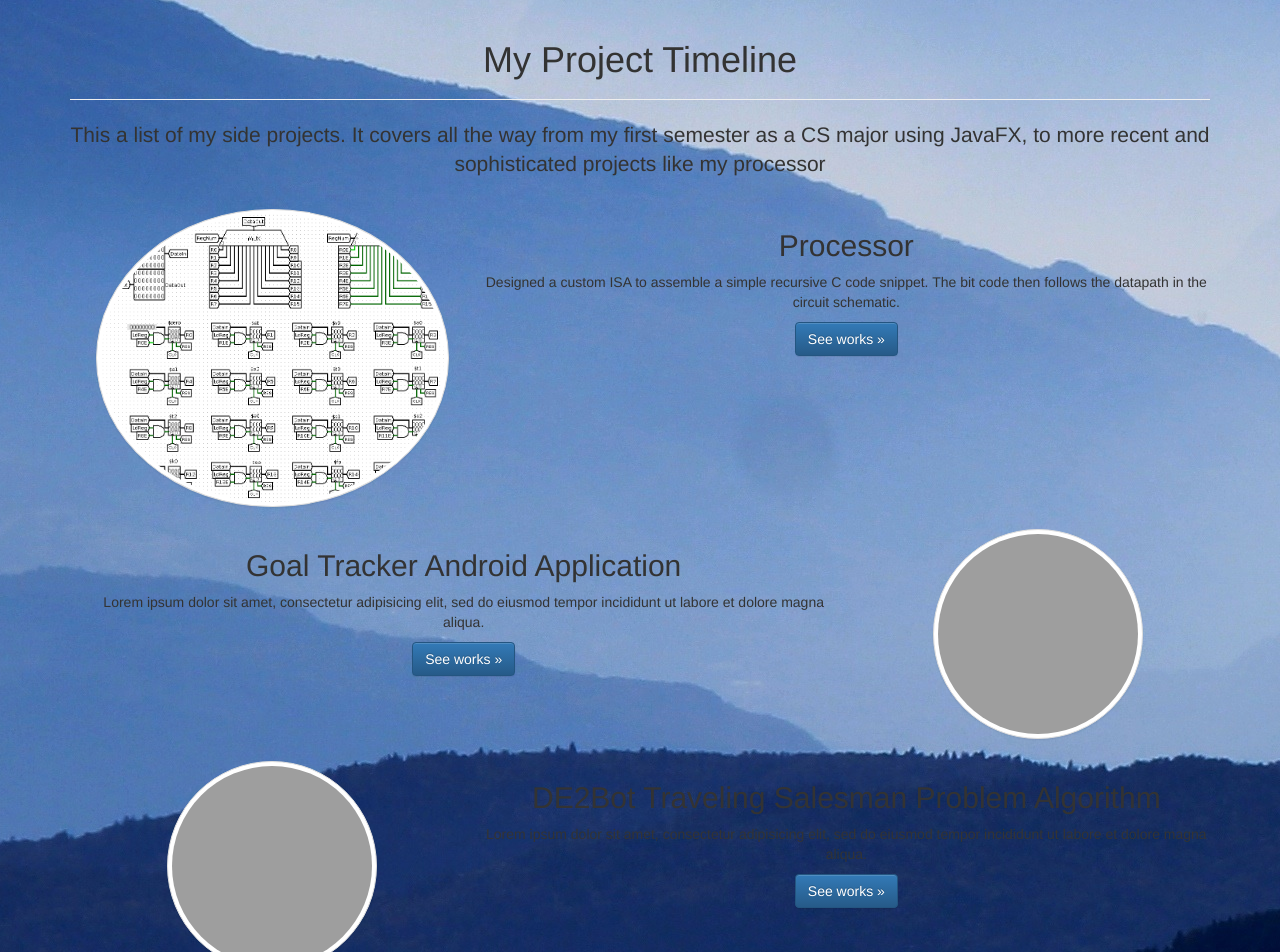
Repository: austinHerring/PersonalWebsite
Page: PersonalWebsite/WebContent/projects.html
An editor plug-in stored every save of this project. The page is shown before and after the next save, followed by the edit.
The browser window is 1280 px wide. The pictures show the part of the page from y = 0 to 952 px (the page is 1446 px tall).
Pictures or frames that could not be fetched are drawn as grey boxes.

Above is the page before, as saved 2016-06-12 22:43:55.

### PersonalWebsite/WebContent/projects.html
<html>
<head>
	<meta charset="utf-8"/>
	<title>Projects - Austin</title>
	<link rel="stylesheet" href="css/bootstrap.min.css">
	<link rel="stylesheet" href="css/bootstrap-theme.min.css">
	<link rel="stylesheet" href="css/projects.css">
		<link rel="stylesheet" href="css/background.css">
</head>
<!-- /container -->
<div class="container" id="page-wrap">
  <div class="page-header">
    <h1 class="text-center">My Project Timeline</h1>
  </div>
  <p class="lead text-center">This a list of my side projects. It covers all the way from my first semester as a CS major using JavaFX, to more recent and sophisticated projects like my processor</p>
  <div class="container">
    <div class="row stylish-panel">
      <div class="col-md-4">
        <div>
          <img src="images/processor.png" alt="Register File" class="img-circle img-thumbnail">
        </div>
      </div>
      <div class="col-md-8">
        <div>
          <h2>Processor</h2>
          <p>Designed a custom ISA to assemble a simple recursive C code snippet. The bit code then follows the datapath in the circuit schematic.
          </p>
          <a href="#" class="btn btn-primary" title="See more">See works »</a>
        </div>
      </div>
    </div>
    <div class="row stylish-panel">
      <div class="col-md-8">
        <div>
          <h2>Goal Tracker Android Application</h2>
          <p>Lorem ipsum dolor sit amet, consectetur adipisicing elit, sed do eiusmod
            tempor incididunt ut labore et dolore magna aliqua.
          </p>
          <a href="#" class="btn btn-primary" title="See more">See works »</a>
        </div>
      </div>
      <div class="col-md-4">
        <div>
          <img src="http://lorempixel.com/200/200/abstract/3/" alt="Texto Alternativo" class="img-circle img-thumbnail">
        </div>
      </div>
    </div>
    <div class="row stylish-panel">
      <div class="col-md-4">
        <div>
          <img src="http://lorempixel.com/200/200/abstract/4/" alt="Texto Alternativo" class="img-circle img-thumbnail">
        </div>
      </div>
      <div class="col-md-8">
        <div>
          <h2>DE2Bot Traveling Salesman Problem Algorithm</h2>
          <p>Lorem ipsum dolor sit amet, consectetur adipisicing elit, sed do eiusmod
            tempor incididunt ut labore et dolore magna aliqua.
          </p>
          <a href="#" class="btn btn-primary" title="See more">See works »</a>
        </div>
      </div>
    </div>
    <div class="row stylish-panel">
      <div class="col-md-8">
        <div>
          <h2>UROC Password Security Research</h2>
          <p>Lorem ipsum dolor sit amet, consectetur adipisicing elit, sed do eiusmod
            tempor incididunt ut labore et dolore magna aliqua.
          </p>
          <a href="#" class="btn btn-primary" title="See more">See works »</a>
        </div>
      </div>
      <div class="col-md-4">
        <div>
          <img src="http://lorempixel.com/200/200/abstract/5/" alt="Texto Alternativo" class="img-circle img-thumbnail">
        </div>
      </div>
    </div>
    <div class="row stylish-panel">
      <div class="col-md-4">
        <div>
          <img src="http://lorempixel.com/200/200/abstract/6/" alt="Texto Alternativo" class="img-circle img-thumbnail">
        </div>
      </div>
      <div class="col-md-8">
        <div>
          <h2>Solar System Simulator - My first "Project"</h2>
          <p>Lorem ipsum dolor sit amet, consectetur adipisicing elit, sed do eiusmod
            tempor incididunt ut labore et dolore magna aliqua.
          </p>
          <a href="#" class="btn btn-primary" title="See more">See works »</a>
        </div>
      </div>
    </div>
  </div>
</div>

<div id="bg">
	<img src="images/background.jpg" alt="">
</div>

</html>

### PersonalWebsite/WebContent/css/projects.css
.stylish-panel{
    padding: 10px 0;
    text-align: center;
    padding: 10px;
    border: 1px solid transparent;
    border-radius: 4px;
    transition: 0.2s;
}

.stylish-panel:hover{
    margin-top: -10px;
    border: 1px solid rgb(200, 200, 200);
    box-shadow: rgba(0, 0, 0, 0.1) 0px 5px 5px 2px;
    background: rgba(200, 200, 200, 0.1);
    transition: 0.5s;
}

.stylish-panel:hover img {
    border-radius: 50%;
    -webkit-transform: rotate(360deg);
    -moz-transform: rotate(360deg);
    -o-transform: rotate(360deg);
    -ms-transform: rotate(360deg);
    transform: rotate(360deg);
}

### PersonalWebsite/WebContent/css/background.css
@CHARSET "UTF-8";
#bg {
	position:fixed;
	top:-50%;
	left:-50%;
	width:100%;
	height:80%;
}

#bg img {
	position:absolute;
	top:0;
	left:0;
	right:0;
	bottom:0;
	margin:auto;
	min-width:50%;
	min-height:50%;
}

#page-wrap { position: relative; z-index: 2}

Loaded but not shown: PersonalWebsite/WebContent/css/bootstrap.min.css (library); PersonalWebsite/WebContent/css/bootstrap-theme.min.css (library)

After the next save:
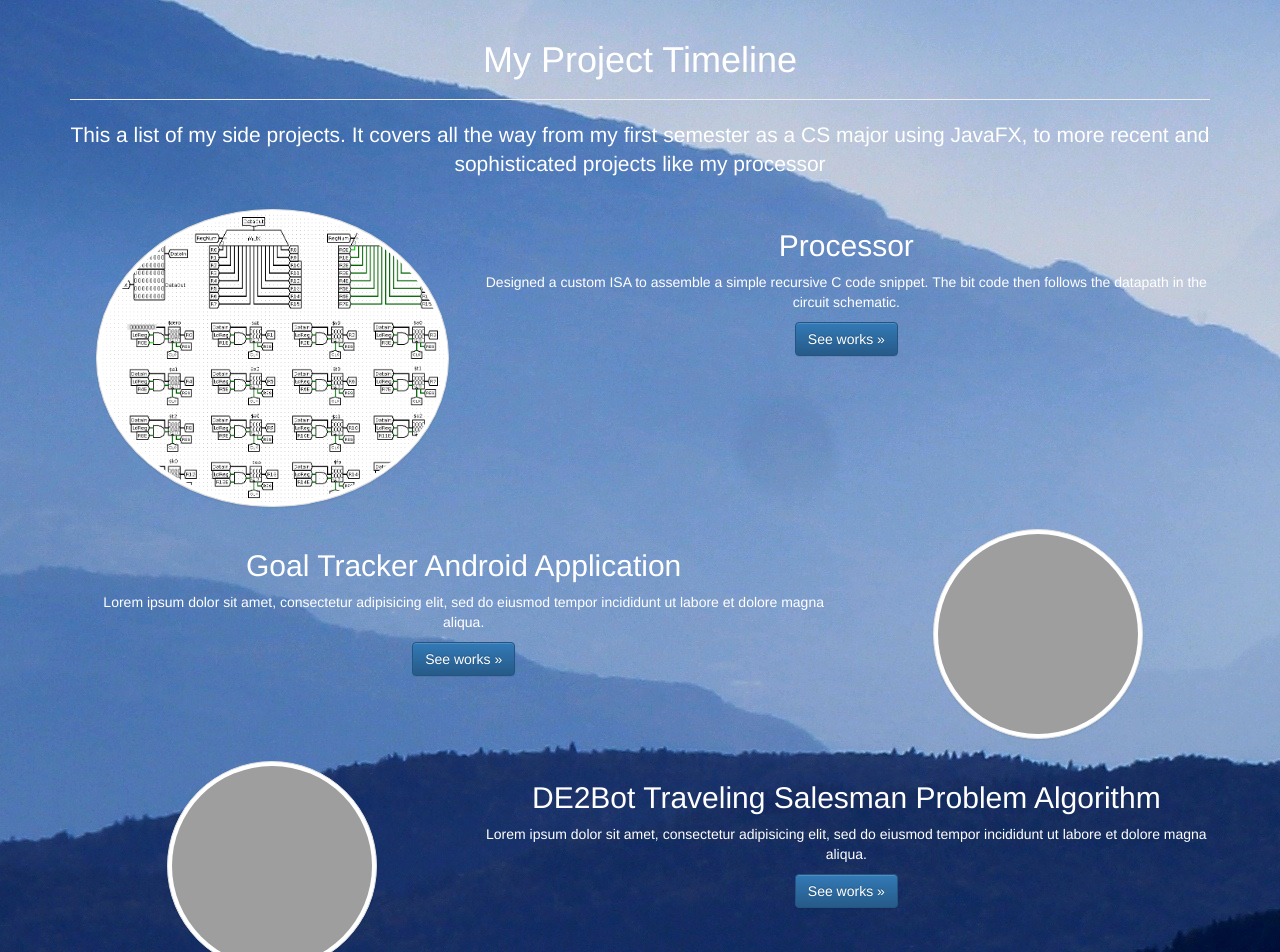
Saved 3 min 0 s later.
--- a/PersonalWebsite/WebContent/css/projects.css
+++ b/PersonalWebsite/WebContent/css/projects.css
@@ -1,3 +1,7 @@
+body {
+	color: #fff;
+}
+
 .stylish-panel{
     padding: 10px 0;
     text-align: center;
